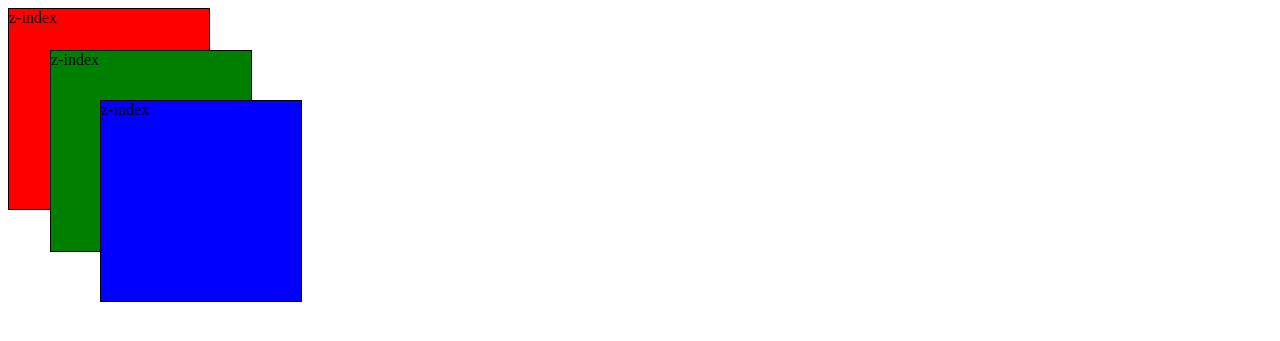
Repository: Kebiskim/2023_WebStudy
Page: 01_css/src/main/webapp/day01/Ex19_Zindex.html
An editor plug-in stored every save of this project. The page is shown before and after the next save, followed by the edit.
The browser window is 1280 px wide. The pictures show the whole page.

Above is the page before, as saved 2023-06-23 08:47:56.

### 01_css/src/main/webapp/day01/Ex19_Zindex.html
<!DOCTYPE html>
<html>
<head>
<meta charset="UTF-8">
<title>z-index : 겹쳤을 때 우선순위</title>
<style type="text/css">
	/* z-index : 요소를 쌓는 순서 지정
		가장 먼저 삽입되는 요소가 1, 2 ...
		-1은 텍스트 뒤에 배치된다.
	*/
	div{
		width: 200px;
		height: 200px;
		border: 1px solid black;
		margin: 0px;
		padding: 0px;
	}
	#con1{
		position: absolute;
		background-color: red;
	}
	#con2{
		position: absolute;
		background-color: green;
		top: 50px;
		left: 50px;
	}
	#con3{
		position: absolute;
		background-color: blue;
		top: 100px;
		left: 100px;
	}
</style>
</head>
<body>
	<div id="con1">z-index</div>
	<div id="con2">z-index</div>
	<div id="con3">z-index</div>
</body>
</html>

After the next save:
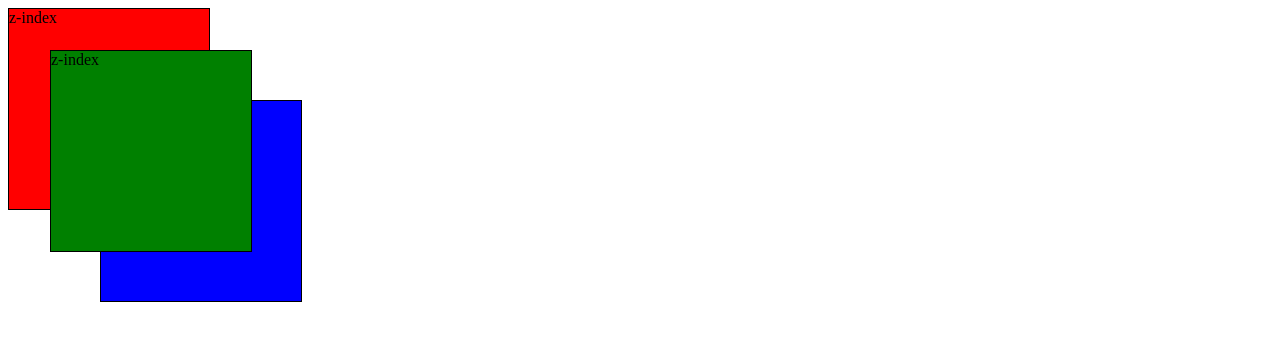
Saved 23 s later.
--- a/01_css/src/main/webapp/day01/Ex19_Zindex.html
+++ b/01_css/src/main/webapp/day01/Ex19_Zindex.html
@@ -24,6 +24,7 @@
 		background-color: green;
 		top: 50px;
 		left: 50px;
+		z-index: 2;
 	}
 	#con3{
 		position: absolute;

After the save that followed:
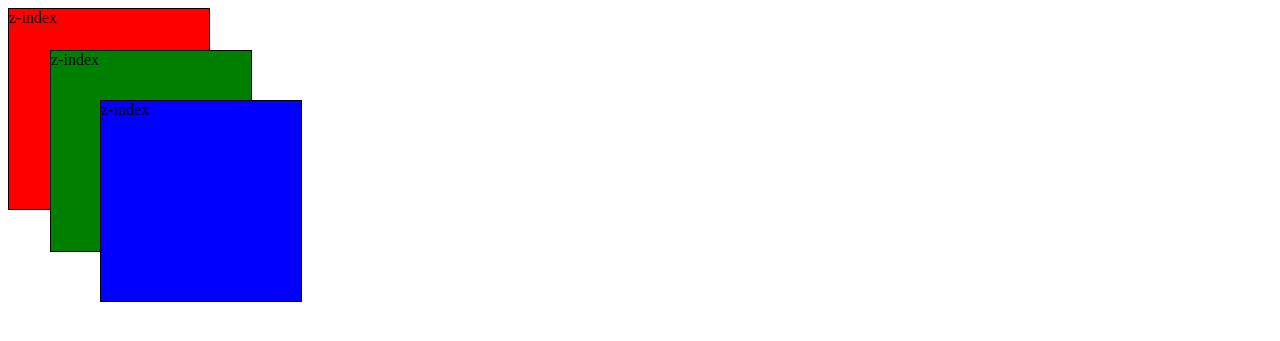
Saved 7 s later.
--- a/01_css/src/main/webapp/day01/Ex19_Zindex.html
+++ b/01_css/src/main/webapp/day01/Ex19_Zindex.html
@@ -18,6 +18,7 @@
 	#con1{
 		position: absolute;
 		background-color: red;
+		z-index: 1;
 	}
 	#con2{
 		position: absolute;
@@ -31,6 +32,7 @@
 		background-color: blue;
 		top: 100px;
 		left: 100px;
+		z-index: 3;
 	}
 </style>
 </head>
